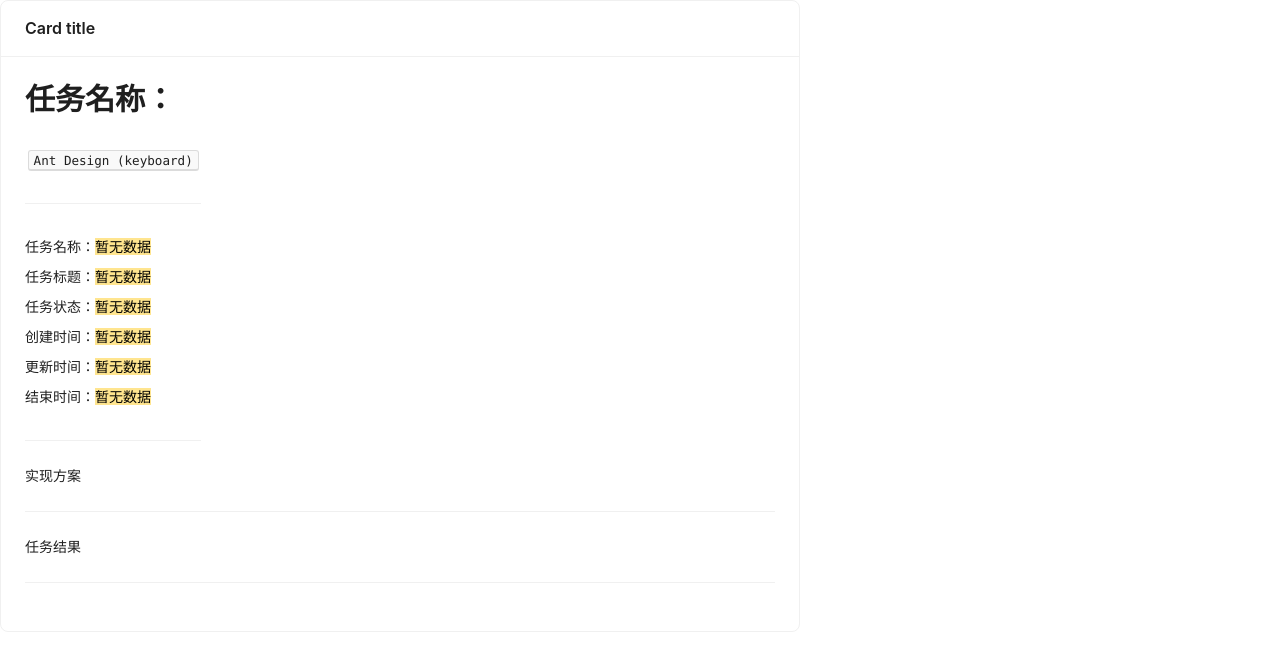
Repository: karicat996/-
Page: /task-detail
An editor plug-in stored every save of this project. The page is shown before and after the next save, followed by the edit.
The browser window is 1280 px wide. The pictures show the whole page.
The page's requests for data from a server got no answer. The project was rebuilt for these pictures with package versions that can differ from the ones it lists, and the page was loaded fresh each time. No one was signed in, and anything a server would have sent is missing. Also part of the build but not shown: vite.config.ts, src/pages/Calendar/CalendarPage.tsx, src/pages/Calendar/WishCard.less, src/pages/Calendar/cardList.less, src/pages/Calendar/CardList.tsx, src/pages/Calendar/WishCard.tsx, src/pages/Home/HomePage.tsx, src/layouts/Layouts.tsx and 11 more.

Above is the page before, as saved 2025-09-09 23:19:34.

### src/main.tsx
import { StrictMode } from 'react'
import { createRoot } from 'react-dom/client'
import './index.css'
import MainRouter from './routes/MainRouter'

createRoot(document.getElementById('root')!).render(

  <StrictMode>
    <MainRouter/>
  </StrictMode>,

)

### src/index.css
html,body{
  height:auto;
  margin: auto;
  padding: 0;
  overflow: hidden
}

### src/routes/MainRouter.tsx
// 主要路由文件
import { BrowserRouter, Route, Routes} from "react-router-dom";
import { Home } from "../pages/Home/HomePage";
import { Layouts }  from "../layouts/Layouts";
import  TestDemo  from "../pages/TestDemo";
import { NotFound } from "../pages/404";
import LoginPaged from './../pages/User/Login';
import { RegisterPage } from './../pages/User/Register';
import {PlanList} from '../pages/Plan/Plans';
import { CreatePlanPage } from "../pages/Plan/newPlan";
import { EditPlanPage } from "../pages/Plan/editPlan";
import { TaskPage } from "../pages/Task/index";
import { TaskDetailPage } from "../pages/Task/taskDetail";
import {TaskEditPage } from "../pages/Task/editTask";


const MainRouter: React.FC = () => {
  return (
    <BrowserRouter>
    <Routes>
        <Route path="/" element={<Layouts />} />
        <Route path="/index" element={<Home />} />
        <Route path="*" element={<NotFound />} />
        <Route path="/test" element={<TestDemo />} />
        <Route path="/login" element={<LoginPaged />} />
        <Route path="/Register" element={<RegisterPage  />} />
        <Route path="/Plan" element={<PlanList />} />
        <Route path="/create-plan" element={<CreatePlanPage />} />
        <Route path="/edit-plan" element={<EditPlanPage />} />
        <Route path="/tasks" element={<TaskPage />} />
        <Route path="/task-detail" element={<TaskDetailPage />} />
        <Route path="/edit-task" element={<TaskEditPage />} />
    </Routes>
    </BrowserRouter>
  )
}


export default MainRouter

### src/pages/Task/taskDetail.tsx
import "./index.less"
import React from "react";
import { useState, useEffect} from "react";
import { Space, Typography, Divider,Card } from 'antd';
import { useNavigate } from "react-router-dom";
import { TaskDetailServices } from "../../services/authServices";
const { Text, Link, Title} = Typography;
import './index.less';

interface taskDetailProps {
  id:number,
  taskIitle: string,
  taskStatus: string,
  description: string,
  startTime: string,
  endTime: string,
  createTime: string,
  updateTime: string

}

export const TaskDetailPage : React.FC = () => {

  const [loading,setLoading] = useState(false);
  const {taskDetail,isLoading} = TaskDetailServices();
  const [data, setData] =  useState<taskDetailProps[]>([]);
  const [pagination,setPagination] = useState<any>({
    current: 1,
    pageSize: 10,
    total: 0,});


  useEffect(() => {
    console.log("useEffect 被触发");
    const fetchData = async () => {
      setLoading(true);
      console.log("开始请求数据");
      try {
        const formData: any = {
          user: 7
        };
        const res: any = await taskDetail(formData);
        console.log("planList 返回结果:", res);

         if (res && res.success && res.data) {
        // 确保每条数据都有 tags 字段且为数组
        const processedData = res.data.map((item: any) => ({
          taskId: item.taskId,              // 表格行标识需要
          taskTitle: item.taskTitle,     // 对应 dataIndex: 'planTitle'
          description: item.description,  // 对应 dataIndex: 'description'
          startTime: item.startTime,     // 对应 dataIndex: 'startTime'
          endTime: item.endTime,         // 对应 dataIndex: 'endTime'
          taskStatus: item.taskStatus,        // 对应 dataIndex: 'planStatus'
          createdTime: item.createdTime,  // 对应 dataIndex: 'createdTime'
          updateTime: item.updateTime
        }));
        setData(processedData);
      } else {
        console.log("返回数据格式不正确或为空");
        // 设置默认空数组避免错误
        setData([]);
      }
      } catch (error) {
        console.error("获取数据失败:", error);
      } finally {
        setLoading(false);
      }
    };
    fetchData();
  }, [pagination.current, pagination.pageSize]);

    return (
     <>
    <Card title="Card title"
     style={{ width: 800 }}>
      <div  className="TaskDetail">
      <Space direction="vertical">
        <Title level={2}>任务名称：</Title>
        <Text mark>{ }</Text>
        <Text keyboard>Ant Design (keyboard)</Text>
        <Divider />
        <p>任务名称：<Text mark>{ data[0]?.taskIitle || "暂无数据"}</Text></p>
        <p>任务标题：<Text mark>{ data[0]?.taskStatus || "暂无数据" }</Text></p>
        <p>任务状态：<Text mark>{ data[0]?.description|| "暂无数据"}</Text></p>
        <p>创建时间：<Text mark>{ data[0]?.createTime || "暂无数据"}</Text></p>
        <p>更新时间：<Text mark>{ data[0]?.updateTime || "暂无数据"}</Text></p>
        <p>结束时间：<Text mark>{ data[0]?.endTime || "暂无数据" }</Text></p>
        <Divider />

        </Space>
      </div>

        <div className="TaskScheme">
            实现方案
          </div>
          <Divider />
        <div className="TaskResult">
            任务结果
          </div>
          <Divider />
        </Card>
     </>
    )
  }

  export default TaskDetailPage;

### src/pages/Home/HomePage.less
*{
    box-sizing: border-box;
    margin:0;
    padding:0;
}

body{
    font-family: Arail, sans-serif;
}

.container {
    width: 100%;
    height: 135vh;
    overflow: hidden;

}

.header-container{
    width: 100%;
    height: 7%;
    margin-bottom: 1%;
    flex-wrap: wrap;
    background-color: #5ece5e;
    color: rgba(255, 255, 255, 0.514);
    padding: 10px 0;
}

.core-container{
    display: flex;
    width: 100%;
    height: 60%;

}


.left-container{
    float: left;
    background-color: white;
    border: 1px solid rgba(128, 128, 128, 0.5);
    border-radius: 10px 10px 10px 10px;
    width: 25%;
    max-height: 90vh;       /* 限制最大高度为视口80% */
    overflow-y: auto;       /* 启用垂直滚动 */
    padding: 10px;          /* 避免内容贴边 */
}

.middle-container{
    display: flex;
    flex-direction: column;
    background-color: white;
    border-radius: 10px 10px 10px 10px;
    border: 1px solid rgba(128, 128, 128, 0.5);
    width: 52%;
    height: 100%;
    margin-left: 1%;
    margin-right: 1%;

}

.middle-on-container {
    flex: 0 0 32%; /* 占据可用空间 */
    background-color: #4625253b;
    border-radius: 10px 10px 0 0;
    width: 100%;
    margin-bottom: 10px;
    margin-bottom: 10px; /* 下方间距 */
    flex-shrink: 1;

}

.middle-under-container {
    display: flex;
    flex-direction: column;
    flex: 1; /* 占据可用空间 */
    width: 100%;
    flex-basis: 250px;
    background-color: white;
    margin-top: 5px;
    margin-bottom: 10px;
    overflow: hidden;
    flex-shrink: 1;
}

.right-container {
    float: right;
    background-color: white;
    border-radius: 10px 10px 10px 10px;
    border: 1px solid rgba(104, 94, 94, 0.5);
    width: 22%;
    height: 100%;

}

.footer-container{
    width: 100%;
    height: 5%;
    flex-wrap: wrap;
    background-color: #767a76;
    color: rgba(255, 255, 255, 0.514);
    padding: 10px 0;
}

### src/layouts/TopNav/TopNav.tsx
import React, {useState} from  "react";
import { AppstoreOutlined, MailOutlined, SettingOutlined } from '@ant-design/icons';
import type { MenuProps } from 'antd';
import { Menu } from 'antd';


type MenuItem = Required<MenuProps>['items'][number];


const items: MenuItem[] = [
    {
      label: 'Navigation One',
      key: 'mail',
      icon: <MailOutlined />,
    },
    {
      label: 'Navigation Two',
      key: 'app',
      icon: <AppstoreOutlined />,
      disabled: true,
    },
    {
      label: 'Navigation Three - Submenu',
      key: 'SubMenu',
      icon: <SettingOutlined />,
      children: [
        {
          type: 'group',
          label: 'Item 1',
          children: [
            { label: 'Option 1', key: 'setting:1' },
            { label: 'Option 2', key: 'setting:2' },
          ],
        },
        {
          type: 'group',
          label: 'Item 2',
          children: [
            { label: 'Option 3', key: 'setting:3' },
            { label: 'Option 4', key: 'setting:4' },
          ],
        },
      ],
    },
    {
      key: 'alipay',
      label: (
        <a href="https://ant.design" target="_blank" rel="noopener noreferrer">
          Navigation Four - Link
        </a>
      ),
    },
  ];
export const TopNav = () => {
    const [current, setCurrent] = useState('mail');

    const onClick: MenuProps['onClick'] = (e) => {
        console.log('click ', e);
        setCurrent(e.key);
      };

    return (
        <Menu onClick={onClick} selectedKeys={[current]} mode="horizontal" items={items} />
    )
}

export default TopNav;

### src/layouts/SideNav/SideNav.tsx
import React, {useState} from "react"
import { AppstoreOutlined,HomeOutlined, SettingOutlined } from '@ant-design/icons';
import type { MenuProps, MenuTheme } from 'antd';
import { Menu, Switch } from 'antd';
import { useNavigate } from 'react-router-dom';



type MenuItem = (Required<MenuProps>['items'][number]& { route?: string });

const items: MenuItem[] = [
  {
    key: 'sub1',
    label: '欢迎来到我的网站',
    icon: <HomeOutlined />,
    children: [
      { key: '1', label: 'Plan', route: '/plan' } as MenuItem//明确指定类型

    ],
  },

];


export const SideNav = () => {

  const [theme, setTheme] = useState<MenuTheme>('dark');
  const [current, setCurrent] = useState('1');
  const navigate = useNavigate();
  const changeTheme = (value: boolean) => {
    setTheme(value ? 'dark' : 'light');
  };

  const onClick: MenuProps['onClick'] = (e) => {
    console.log('click ', e);
    setCurrent(e.key);
  };



  return (
    <>
    <Switch
      checked={theme === 'dark'}
      onChange={changeTheme}
      checkedChildren="Dark"
      unCheckedChildren="Light"
    />
    <br />
    <br />
    <Menu
      theme={theme}
      onClick={onClick}
      style={{ width: 256 }}
      defaultOpenKeys={['sub1']}
      selectedKeys={[current]}
      mode="inline"
      items={items}
    />
  </>
  )
}

export default SideNav;

### src/services/authServices.tsx
import {useState} from 'react';
import { PlanList } from './../pages/Plan/Plans';
import { createRoot } from 'react-dom/client';




type RegisterPayload = {
    email: string;
    password: string;
    username: string;
    confirmPassword: string;
}



type CreatePlanPayload = {
    planTitle: string;
    description: string;
    planStatus: boolean;
    startTime: Date;
    endTime: Date;
    createdTime: Date;
}

type editPlanPagePayload = {
    id: number;
    planTitle: string;
    description: string;
    planStatus: boolean;
    startTime: Date;
    endTime: Date;
    createdTime: Date;
}

type  planListPayLoad = {
    planId : number;
    planTitle: string;
    description: string;
    planStatus: boolean;
    startTime: Date;
    endTime: Date;
    createdTime: Date;
}

type delPlanPayload = {
    id: number;
}

type  taskListPayLoad = {
    id: number;
    taskTitle: string;
    description: string;
    taskStatus: string;
    startTime: Date;
    endTime: Date;
    createdTime: Date;
    updatedTime: Date;
}



type createTaskPayload  = {
    id: number;
    taskTitle: string;
    description: string;
    taskStatus: string;
    startTime: Date;
    endTime: Date;
    createdTime: Date;
    updatedTime: Date;

}

type editTaskPagePayload ={
    id: number;
    taskTitle: string;
    description: string;
    taskStatus: string;
    startTime: Date;
    endTime: Date;
    createdTime: Date;
    updatedTime: Date;

}

type delTaskPayload = {
    id: number;
}



export const useRegisterServices = () => {

    const [isLoading, setIsLoading] = useState(false);
    const register = async (paload: RegisterPayload) => {
        setIsLoading(true);
        try{
            const response = await fetch('http://127.0.0.1:8000/register/', {
                method: 'POST',
                headers: {
                    'Content-Type': 'application/json'

                },
                body: JSON.stringify(paload)
            });
            if (response.status === 200) {
                return { success: true, message: 'Registration successful' };
            } else {
                const errorData = await response.json();
                return { success: false, message: errorData.message || 'Registration failed' };
            }
        }
        catch(error){
            console.log('请求出错',error);
        }
        finally{
            setIsLoading(false);
        }
    }

    return {register, isLoading}

}


export const PlanListServvices = () => {
    const [isLoading, setLoading] = useState(false);

    const planList = async (payload: planListPayLoad) => {
        setLoading(true);
        const token = "74ef18d29426a04b50f5951c42383fd1464f20cf";
        try {
            const response = await fetch(`http://127.0.0.1:8000/plans/`, {
                method: 'GET',
                headers: {
                    'Content-Type': 'application/json',
                    'Authorization': `Token ${token}`
                }
            });

            if (response.status === 200) {
                // 解析响应数据
                const data = await response.json();
                return {
                    success: true,
                    message: 'Plan list fetched successfully',
                    data: data  // 返回实际数据
                };
            } else {
                const errorData = await response.json();
                return {
                    success: false,
                    message: errorData.message || 'Plan list fetch failed',
                    data: null
                };
            }
        } catch (error) {
            console.log('请求出错', error);
            return {
                success: false,
                message: '请求出错',
                data: null
            };
        } finally {
            setLoading(false);
        }
    };

    return { planList, isLoading };
};


export const CreatePlanServices = () => {

    const [isLoading,setIsLoading] = useState(false);

    const createPlan = async (payload: CreatePlanPayload) => {
        setIsLoading(true);
        const token = "74ef18d29426a04b50f5951c42383fd1464f20cf";
        try{

            const response = await fetch('http://127.0.0.1:8000/createplans/', {
                method: 'POST',
                headers: {
                    'Content-Type': 'application/json',
                    'Authorization': `Token ${token}`

                },
                body: JSON.stringify(payload)

            });

            if (response.status === 200){
                return {success: true, message: 'Plan created successfully'};

            }else{
                const errorData = await response.json();
                return {success: false, message: errorData.message || 'Plan creation failed'}
            }
        }
        catch(error){
            console.log('请求出错',error);
        }
        finally{
            setIsLoading(false);
        }
    }

    return {createPlan, isLoading}
}


export const EditPlanServices = () => {
   const [isLoading,setLoading] = useState(false);

   const editPlan =  async (paload: editPlanPagePayload) =>{
    setLoading(true);
    const token = "74ef18d29426a04b50f5951c42383fd1464f20cf";
    try{
        const response = await fetch('http://127.0.0.1:8000/editplans/',{
            method: 'POST',
            headers:{
                'Content-Type': 'application/json',
                'Authorization': `Token ${token}`
            },
            body: JSON.stringify(paload)

        })

        if (response.status === 200){
            const data = await response.json();
            return {
                success: true,
                message: 'Plan list fetched successfully',
                data: data  // 返回实际数据
            };
        }
        else{
            const errorData = await response.json();
            return {
                success: false,
                message: errorData.message || 'Plan list fetch failed',
                data: null
            };
        }
    }
    catch(error){
        console.log('请求出错', error);
        return {
            success: false,
            message: '请求出错',
            data: null
        };
    }
    finally{
        setLoading(false);
    }
   }
   return { editPlan, isLoading }

}


export const DeletePlanServices =() =>{
    const [delIsLoading,setIsLoading ] = useState(false);

    const deletePlan = async (payLoad: delPlanPayload) =>{

        setIsLoading(true);
        const token = "74ef18d29426a04b50f5951c42383fd1464f20cf";
        try{
            const response = await fetch('http://127.0.0.1:8000/deleteplans/',{
                method: 'POST',
                headers:{
                    'Content-Type': 'application/json',
                    'Authorization': `Token ${token}`
                },
                body: JSON.stringify(payLoad)
            })
            if (response.status === 200){
                return {success: true, message: 'Plan deleted successfully'};
            }
            else{
                const errorData = await response.json();
                return {success: false, message: errorData.message || 'Plan deletion failed'};
            }

        }
        catch(error){
            console.log('请求出错', error);
            return{
                success: false,
                message: '请求出错',
                data: null
            };
        }
        finally{
            setIsLoading(false);
        }

    }
    return {deletePlan, delIsLoading}

}

export const TaskListServices = () => {
    const [isLoading, setLoading] = useState(false);

    const taskList = async (payload: taskListPayLoad) => {
        setLoading(true);
        const token = "74ef18d29426a04b50f5951c42383fd1464f20cf";
        try {
            const response = await fetch(`http://127.0.0.1:8000/tasks/`, {
                method: 'GET',
                headers: {
                    'Content-Type': 'application/json',
                    'Authorization': `Token ${token}`
                }
            });

            if (response.status === 200) {
                // 解析响应数据
                const data = await response.json();
                return {
                    success: true,
                    message: 'Task list fetched successfully',
                    data: data  // 返回实际数据
                };
            } else {
                const errorData = await response.json();
                return {
                    success: false,
                    message: errorData.message || 'Task list fetch failed',
                    data: null
                };
            }
        } catch (error) {
            console.log('请求出错', error);
            return {
                success: false,
                message: '请求出错',
                data: null
            };
        } finally {
            setLoading(false);
        }
    };

    return { taskList, isLoading };
};

export const CreateTaskService = () =>{

    const [isLoading, setIsLoading] = useState<boolean>(false);

    const createTask = async (payLoad: createTaskPayload) =>{
        setIsLoading(true);
        const token = "74ef18d29426a04b50f5951c42383fd1464f20cf";

        try{
            const response = await fetch('http://127.0.0.1:8000/createtasks/',{
                method: 'POST',
                headers:{
                    'Content-Type': 'application/json',
                    'Authorization': `Token ${token}`
                },
                body: JSON.stringify(payLoad)
            });
            if (response.status === 200){
                return {success: true, message: 'Task created successfully'};

            }else{
                const errorData = await response.json();
                return {success: false, message: errorData.message || 'Task creation failed'}
            }

        }catch(error){
            console.log('请求出错',error);

        }finally{
            setIsLoading(false);

        }

    }
    return {createTask, isLoading}
}



export const EditTaskServices = () => {
    const [isLoading,setLoading] = useState(false);

    const editTask =  async (paload: editTaskPagePayload) =>{
     setLoading(true);
     const token = "74ef18d29426a04b50f5951c42383fd1464f20cf";
     try{
         const response = await fetch('http://127.0.0.1:8000/edittask/',{
             method: 'POST',
             headers:{
                 'Content-Type': 'application/json',
                 'Authorization': `Token ${token}`
             },
             body: JSON.stringify(paload)

         })

         if (response.status === 200){
             const data = await response.json();
             return {
                 success: true,
                 message: 'Task list fetched successfully',
                 data: data  // 返回实际数据
             };
         }
         else{
             const errorData = await response.json();
             return {
                 success: false,
                 message: errorData.message || 'Task list fetch failed',
                 data: null
             };
         }
     }
     catch(error){
         console.log('请求出错', error);
         return {
             success: false,
             message: '请求出错',
             data: null
         };
     }
     finally{
         setLoading(false);
     }
    }
    return {editTask, isLoading }

 }


 export const DeleteTaskServices =() =>{
    const [delIsLoading,setIsLoading ] = useState(false);

    const deleteTask = async (payLoad: delTaskPayload) =>{

        setIsLoading(true);
        const token = "74ef18d29426a04b50f5951c42383fd1464f20cf";
        try{
            const response = await fetch('http://127.0.0.1:8000/deletetask/',{
                method: 'POST',
                headers:{
                    'Content-Type': 'application/json',
                    'Authorization': `Token ${token}`
                },
                body: JSON.stringify(payLoad)
            })
            if (response.status === 200){
                return {success: true, message: 'Task deleted successfully'};
            }
            else{
                const errorData = await response.json();
                return {success: false, message: errorData.message || 'Task deletion failed'};
            }

        }
        catch(error){
            console.log('请求出错', error);
            return{
                success: false,
                message: '请求出错',
                data: null
            };
        }
        finally{
            setIsLoading(false);
        }

    }
    return {deleteTask, delIsLoading}

}


export const TaskDetailServices = () => {
    const [isLoading, setLoading] = useState(false);

    const taskDetail = async (payload: taskListPayLoad) => {
        setLoading(true);
        const token = "74ef18d29426a04b50f5951c42383fd1464f20cf";
        try {
            const response = await fetch(`http://127.0.0.1:8000/tasks/${payload.id}/`, {
                method: 'GET',
                headers: {
                    'Content-Type': 'application/json',
                    'Authorization': `Token ${token}`
                }
            });

            if (response.status === 200) {
                // 解析响应数据
                const data = await response.json();
                return {
                    success: true,
                    message: 'taskDetail fetched successfully',
                    data: data  // 返回实际数据
                };
            } else {
                const errorData = await response.json();
                return {
                    success: false,
                    message: errorData.message || 'taskDetail fetch failed',
                    data: null
                };
            }
        } catch (error) {
            console.log('请求出错', error);
            return {
                success: false,
                message: '请求出错',
                data: null
            };
        } finally {
            setLoading(false);
        }
    };

    return { taskDetail, isLoading };
};

### src/pages/Task/index.less
*{
    box-sizing: border-box;
    margin:0;
    padding:0;
}



.body{
    font-family: Arail, sans-serif;
}



.container{
    width: 100%;
    height: 135vh;
    overflow: hidden;
}



.createTask{
    flex-grow: 1;

}



.TaskDetail{
    width: 300
}

Loaded but not shown: index.html (common file)

After the next save:
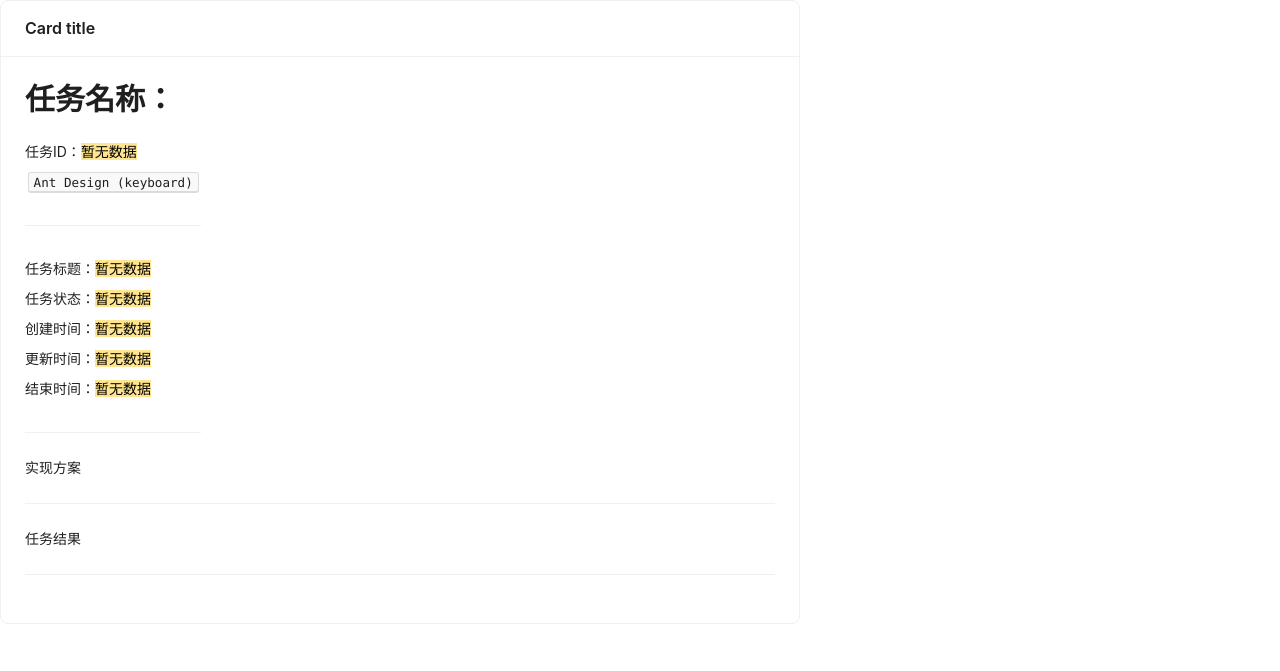
Saved 43 s later.
--- a/src/pages/Task/taskDetail.tsx
+++ b/src/pages/Task/taskDetail.tsx
@@ -76,10 +76,9 @@ export const TaskDetailPage : React.FC = () => {
       <div  className="TaskDetail">
       <Space direction="vertical">
         <Title level={2}>任务名称：</Title>
-        <Text mark>{ }</Text>
+        <p>任务ID：<Text mark>{ data[0]?.id || "暂无数据"}</Text></p>
         <Text keyboard>Ant Design (keyboard)</Text>
         <Divider />
-        <p>任务名称：<Text mark>{ data[0]?.taskIitle || "暂无数据"}</Text></p>
         <p>任务标题：<Text mark>{ data[0]?.taskStatus || "暂无数据" }</Text></p>
         <p>任务状态：<Text mark>{ data[0]?.description|| "暂无数据"}</Text></p>
         <p>创建时间：<Text mark>{ data[0]?.createTime || "暂无数据"}</Text></p>
